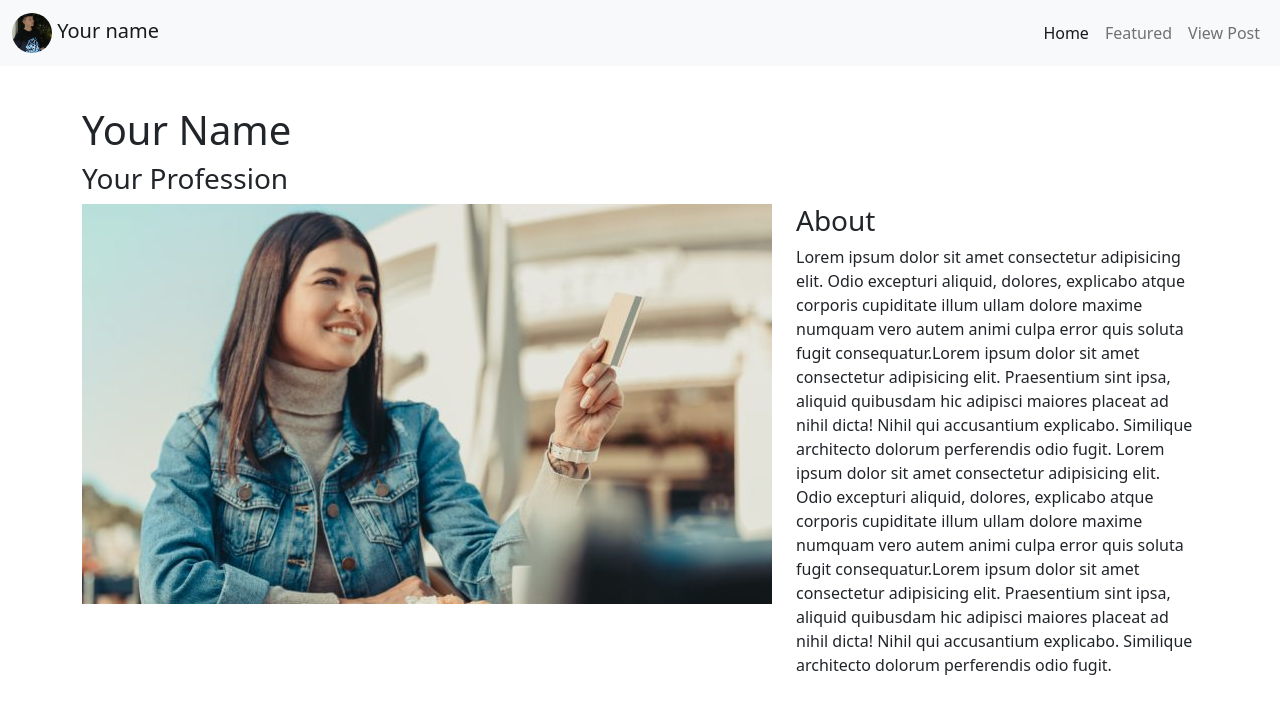
Repository: nvt01/72_1951061106_NgoVanTung
Page: BaiTh1/index.html
An editor plug-in stored every save of this project. The page is shown before and after a run of saves, followed by the edit.
The browser window is 1280 px wide. The pictures show the whole page.

Above is the page before, as saved 2021-11-30 22:06:43.

### BaiTh1/index.html
<!DOCTYPE html>
<html lang="en">
<head>
    <meta charset="UTF-8">
    <meta http-equiv="X-UA-Compatible" content="IE=edge">
    <meta name="viewport" content="width=device-width, initial-scale=1.0">
    <title>Blog</title>
    <link rel="stylesheet" href="style.css">
    <!-- CSS only -->
    <link href="https://cdn.jsdelivr.net/npm/bootstrap@5.1.3/dist/css/bootstrap.min.css" rel="stylesheet" integrity="sha384-1BmE4kWBq78iYhFldvKuhfTAU6auU8tT94WrHftjDbrCEXSU1oBoqyl2QvZ6jIW3" crossorigin="anonymous">
</head>
<body>
    <div class="menu">
        <nav class="navbar navbar-expand-lg navbar-light bg-light">
            <div class="container-fluid">
                <a class="navbar-brand" href="#">
                    <img class="nav-img" src="./img/avatar.JPG" alt="">
                    Your name
                </a>
                <button class="navbar-toggler" type="button" data-bs-toggle="collapse" data-bs-target="#navbarSupportedContent" aria-controls="navbarSupportedContent" aria-expanded="false" aria-label="Toggle navigation">
                    <span class="navbar-toggler-icon"></span>
                </button>
                <div class=" collapse navbar-collapse" id="navbarSupportedContent">
                    <ul class="navbar-nav me-auto mb-2 mb-lg-0">
                        <li class="nav-item">
                            <a class="nav-link active" aria-current="page" href="#">Home</a>
                        </li>
                        <li class="nav-item">
                            <a class="nav-link" href="#">Featured</a>
                        </li>
                        <li class="nav-item">
                            <a class="nav-link" href="#">View Post</a>
                        </li>
                    </ul>
                </div>
            </div>
        </nav>
    </div>
    <div class="container">
        <div class="row">
            <h1 class="h1">Your Name</h1>
            <h3 class="h3">Your Profession</h3>
            <div class="col">
                <img src="./img/img1.jpeg" alt="">
            </div>
            <div class="col">
                <h3>About</h3>
                <span>Lorem ipsum dolor sit amet consectetur adipisicing elit. Odio excepturi aliquid, dolores, explicabo atque corporis cupiditate illum ullam dolore maxime numquam vero autem animi culpa error quis soluta fugit consequatur.Lorem ipsum dolor sit amet consectetur adipisicing elit. Praesentium sint ipsa, aliquid quibusdam hic adipisci maiores placeat ad nihil dicta! Nihil qui accusantium explicabo. Similique architecto dolorum perferendis odio fugit. Lorem ipsum dolor sit amet consectetur adipisicing elit. Odio excepturi aliquid, dolores, explicabo atque corporis cupiditate illum ullam dolore maxime numquam vero autem animi culpa error quis soluta fugit consequatur.Lorem ipsum dolor sit amet consectetur adipisicing elit. Praesentium sint ipsa, aliquid quibusdam hic adipisci maiores placeat ad nihil dicta! Nihil qui accusantium explicabo. Similique architecto dolorum perferendis odio fugit.</span>
            </div>
        </div>
    </div>
</body>
</html>

### BaiTh1/style.css
* {
    margin: 0;
    padding: 0;
    box-sizing: border-box;
}

.navbar {
    margin-bottom: 40px;
}

.nav-img {
    width: 40px;
    height: 40px;
    border-radius: 50%;
    object-fit: cover;
}

.container-fluid .navbar-collapse {
    flex-grow: 0;
}

.container .h3 {

}

After the next 3 saves:
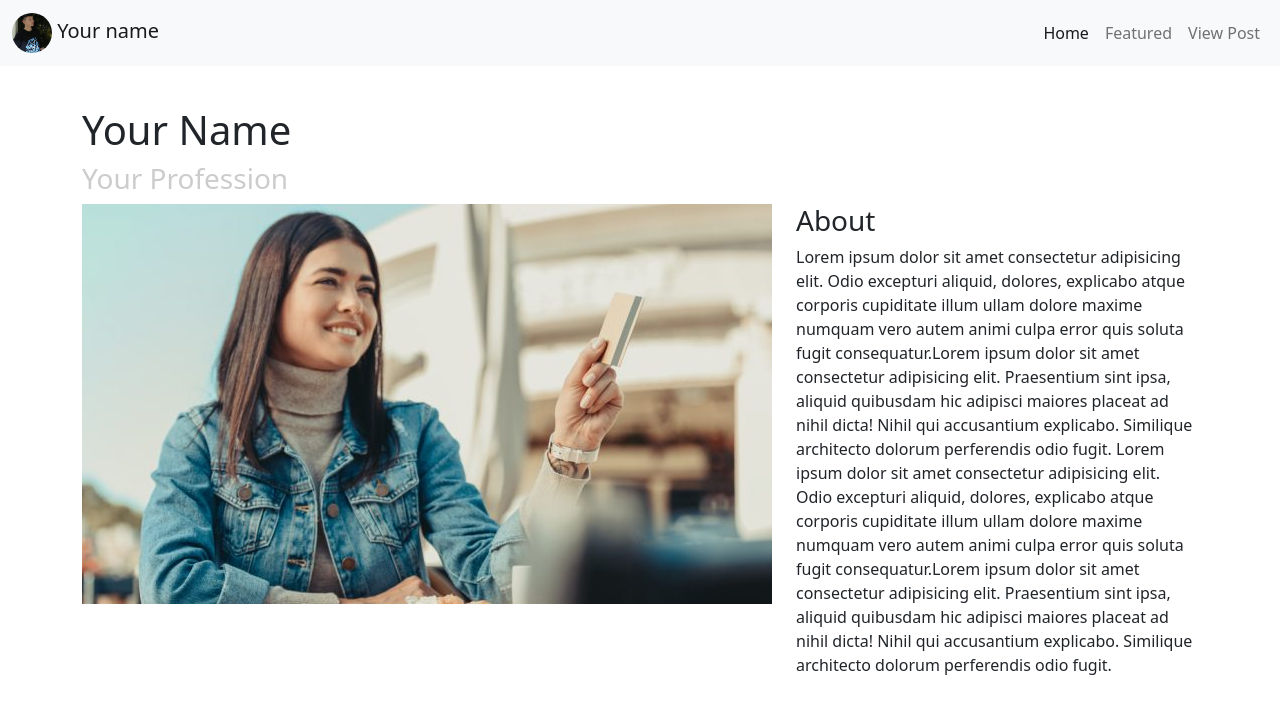
The 3 saves are shown as one change because they came seconds apart.
The last was saved 14 s later.
--- a/BaiTh1/style.css
+++ b/BaiTh1/style.css
@@ -20,5 +20,5 @@
 }
 
 .container .h3 {
-
+    color: #ccc;
 }
